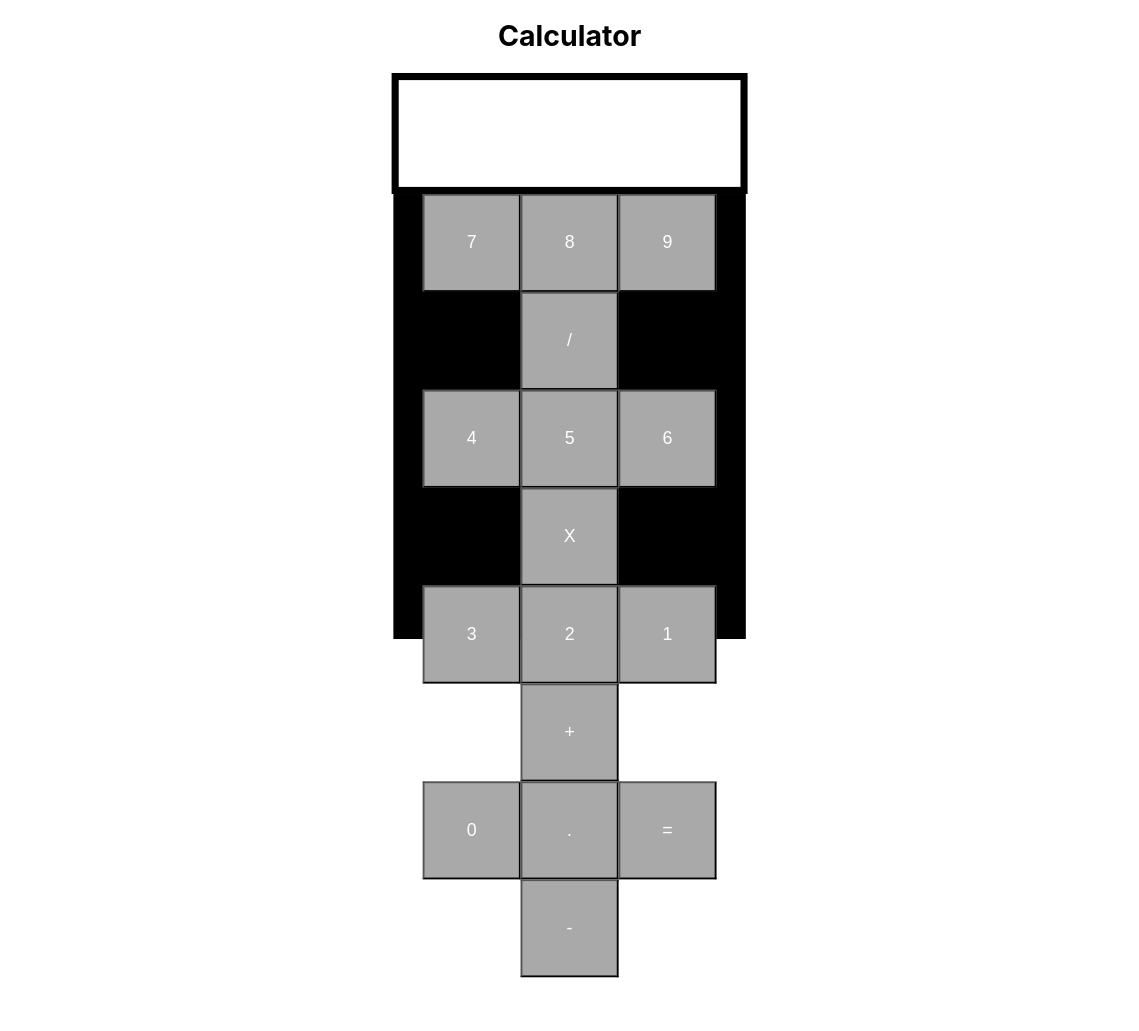
Repository: punitbathija/Placement-Assitance-iNeuron
Page: / (app in React/calculator/)
An editor plug-in stored every save of this project. The page is shown before and after the next save, followed by the edit.
The browser window is 1280 px wide. The pictures show the whole page, at 89% of full size.
The pointer rests on the first visible `.btn`.
The project was rebuilt for these pictures with package versions that can differ from the ones it lists, and the page was loaded fresh each time.

Above is the page before, as saved 2023-06-05 16:19:33.

After the next save:
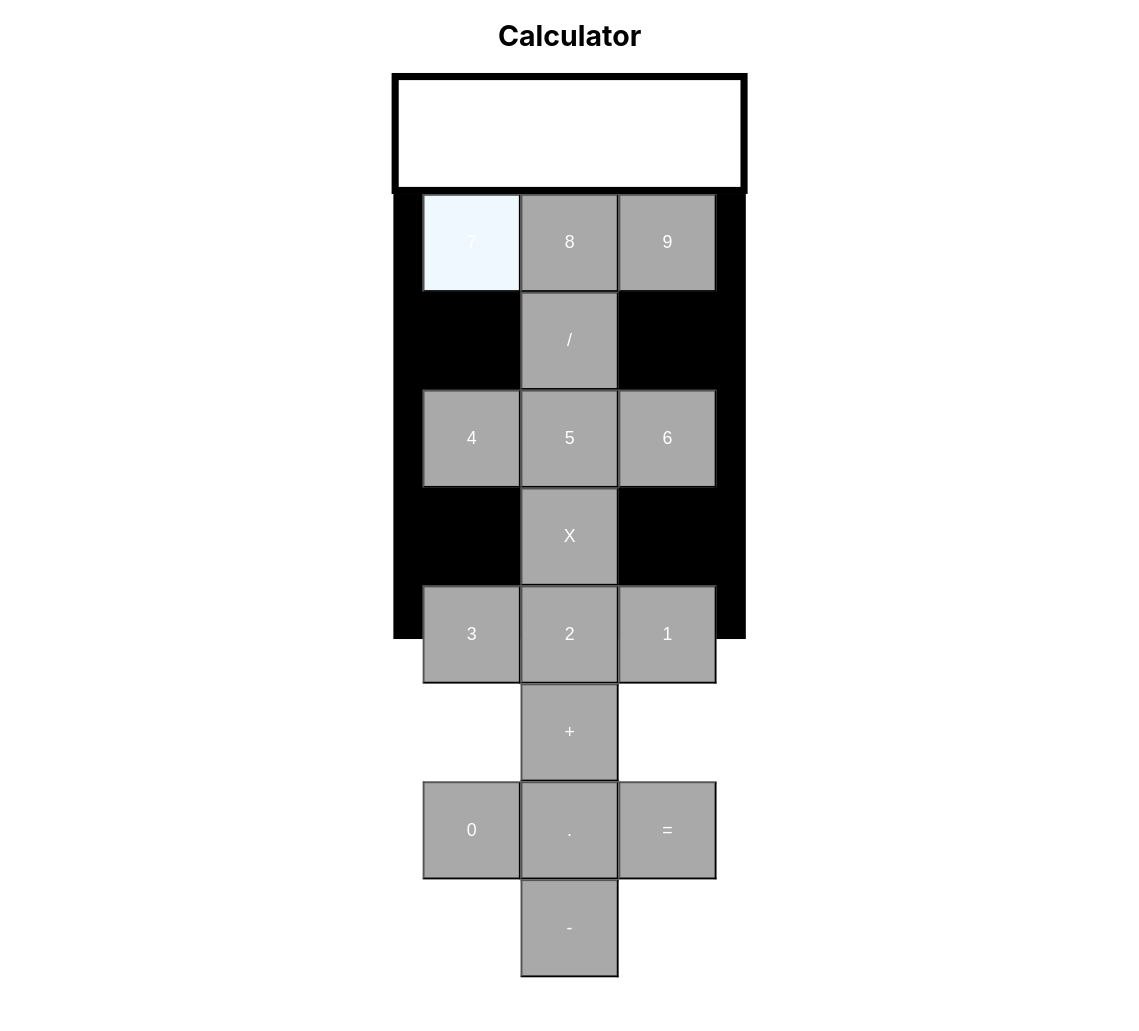
Saved 6 s later.
--- a/React/calculator/src/index.css
+++ b/React/calculator/src/index.css
@@ -38,5 +38,5 @@ code {
 }
 
 .btn:hover{
-
+  background-color: aliceblue;
 }
